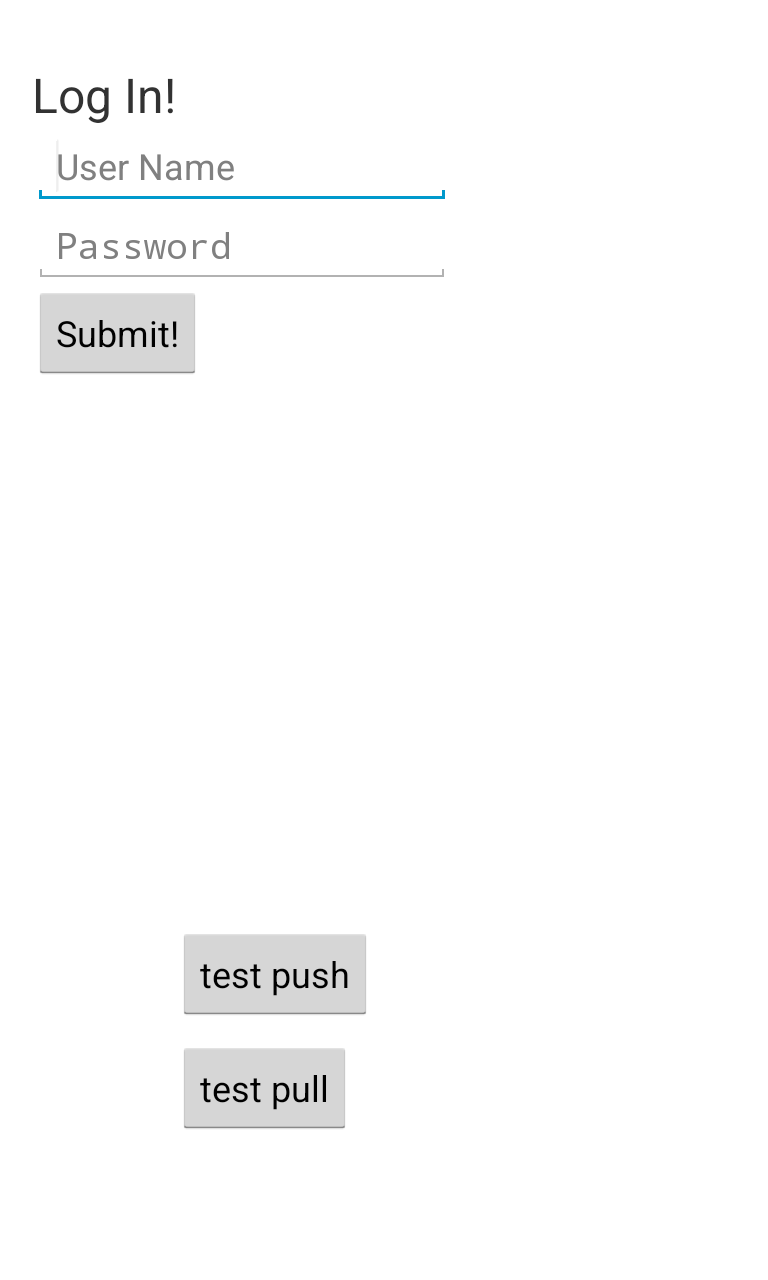
Repository: elf1218/pennapps2014s
Layout: Scavangel/res/layout/activity_main.xml
These files come from the project's save history. The layout is drawn as it stood at one moment and after the next save; the edit follows.
It is drawn on a 768 x 1280 px phone screen (xhdpi) without system bars, with theme AppTheme; the app's code is not run.

Above is the layout before, as saved 2014-02-15 16:50:21.

### Scavangel/res/layout/activity_main.xml
<RelativeLayout xmlns:android="http://schemas.android.com/apk/res/android"
    xmlns:tools="http://schemas.android.com/tools"
    android:layout_width="match_parent"
    android:layout_height="match_parent"
    android:paddingBottom="@dimen/activity_vertical_margin"
    android:paddingLeft="@dimen/activity_horizontal_margin"
    android:paddingRight="@dimen/activity_horizontal_margin"
    android:paddingTop="@dimen/activity_vertical_margin"
    tools:context=".MainActivity" >

    <EditText
        android:id="@+id/editText1"
        android:layout_width="wrap_content"
        android:layout_height="wrap_content"
        android:layout_alignParentLeft="true"
        android:layout_below="@+id/textView1"
        android:ems="10"
        android:hint="@string/username"
        android:inputType="textPersonName" >

        <requestFocus />
    </EditText>

    <EditText
        android:id="@+id/editText2"
        android:layout_width="wrap_content"
        android:layout_height="wrap_content"
        android:layout_alignLeft="@+id/editText1"
        android:layout_below="@+id/editText1"
        android:ems="10"
        android:hint="@string/pwd"
        android:inputType="textPassword" />

    <Button
        android:id="@+id/button1"
        android:layout_width="wrap_content"
        android:layout_height="wrap_content"
        android:layout_alignLeft="@+id/editText2"
        android:layout_below="@+id/editText2"
        android:text="@string/submit" />

    <TextView
        android:id="@+id/textView1"
        android:layout_width="wrap_content"
        android:layout_height="wrap_content"
        android:layout_alignLeft="@+id/editText1"
        android:layout_alignParentTop="true"
        android:layout_marginTop="15dp"
        android:text="@string/login"
        android:textSize="24sp" />

    <Button
        android:id="@+id/button2"
        android:layout_width="wrap_content"
        android:layout_height="wrap_content"
        android:layout_alignParentBottom="true"
        android:layout_marginBottom="113dp"
        android:layout_toRightOf="@+id/textView1"
        android:text="@string/t1"
        android:onClick="onTestButtonOneClick"/>

    <Button
        android:id="@+id/button3"
        android:layout_width="wrap_content"
        android:layout_height="wrap_content"
        android:layout_alignLeft="@+id/button2"
        android:layout_alignParentBottom="true"
        android:layout_marginBottom="56dp"
        android:text="@string/t2"
        android:onClick="onTestButtonTwoClick" />

</RelativeLayout>

### Scavangel/res/values/strings.xml
<?xml version="1.0" encoding="utf-8"?>
<resources>

    <string name="app_name">Scavangel</string>
    <string name="action_settings">Settings</string>
    <string name="hello_world">Hello world!</string>
    <string name="login">Log In!</string>
    <string name="pwd">Password</string>
    <string name="username">User Name</string>
    <string name="submit">Submit!</string>
    <string name="t1">test push</string>
    <string name="t2">test pull</string>

</resources>

Loaded but not shown: Scavangel/res/values/styles.xml (common file); Scavangel/res/values-v11/styles.xml (common file); Scavangel/res/values-v14/styles.xml (common file); Scavangel/res/values/dimens.xml (common file)

After the next save:
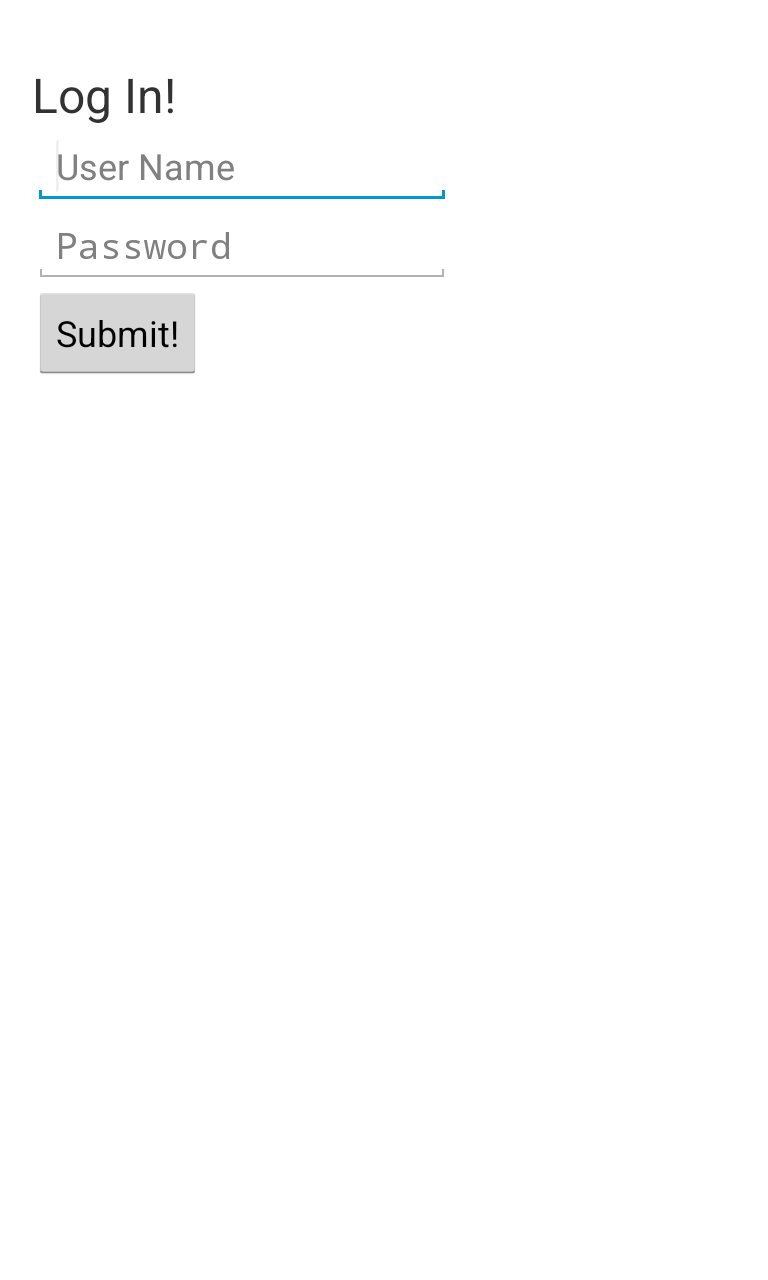
Saved 19 s later.
--- a/Scavangel/res/layout/activity_main.xml
+++ b/Scavangel/res/layout/activity_main.xml
@@ -49,24 +49,4 @@
         android:text="@string/login"
         android:textSize="24sp" />
 
-    <Button
-        android:id="@+id/button2"
-        android:layout_width="wrap_content"
-        android:layout_height="wrap_content"
-        android:layout_alignParentBottom="true"
-        android:layout_marginBottom="113dp"
-        android:layout_toRightOf="@+id/textView1"
-        android:text="@string/t1"
-        android:onClick="onTestButtonOneClick"/>
-
-    <Button
-        android:id="@+id/button3"
-        android:layout_width="wrap_content"
-        android:layout_height="wrap_content"
-        android:layout_alignLeft="@+id/button2"
-        android:layout_alignParentBottom="true"
-        android:layout_marginBottom="56dp"
-        android:text="@string/t2"
-        android:onClick="onTestButtonTwoClick" />
-
 </RelativeLayout>
